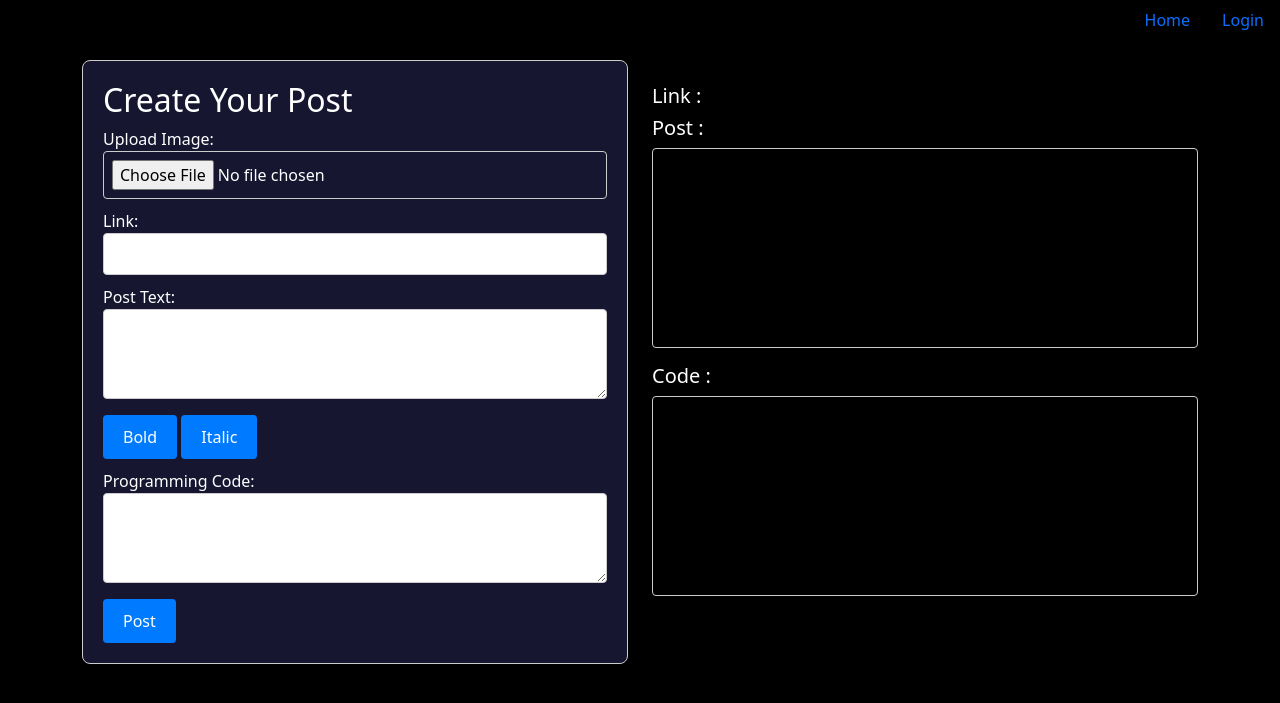
Repository: jaseem1999/sdCommunity
Page: http://localhost/sdCommunity/UserPost.jsp
The author's editor kept a copy of each file at every save. The page is drawn from the files as they stood at one save, then again after the next save.
The browser window is 1280 px wide. The pictures show the whole page.
The page is served by Tomcat 9. Other server files are loaded and not shown.

Above is the page before, as saved 2023-09-29 15:27:44.

### sdCommunity/src/main/webapp/UserPost.jsp
<%@ page language="java" contentType="text/html; charset=ISO-8859-1"
    pageEncoding="ISO-8859-1"%>
<%

Integer id =(Integer)session.getAttribute("uid");
String fname=(String)session.getAttribute("fname");
String lname=(String)session.getAttribute("lname");
String email=(String)session.getAttribute("email");
Integer num=(Integer)session.getAttribute("num");
String company = (String) session.getAttribute("company");
String github = (String) session.getAttribute("github");
String linkedin = (String) session.getAttribute("linkedin");
String website = (String) session.getAttribute("website");
String nation = (String) session.getAttribute("nation");
String gender = (String) session.getAttribute("gender");
String about = (String) session.getAttribute("about");
String college = (String) session.getAttribute("college");
String position = (String) session.getAttribute("position");

%>

<!DOCTYPE html>
<html lang="en">
<head>
<meta charset="UTF-8">
<link href="https://cdn.jsdelivr.net/npm/bootstrap@5.2.3/dist/css/bootstrap.min.css" rel="stylesheet" integrity="sha384-rbsA2VBKQhggwzxH7pPCaAqO46MgnOM80zW1RWuH61DGLwZJEdK2Kadq2F9CUG65" crossorigin="anonymous">
<script src="https://cdn.jsdelivr.net/npm/bootstrap@5.2.3/dist/js/bootstrap.bundle.min.js" integrity="sha384-kenU1KFdBIe4zVF0s0G1M5b4hcpxyD9F7jL+jjXkk+Q2h455rYXK/7HAuoJl+0I4" crossorigin="anonymous"></script>
<title>Post</title>
<style>

    .post-form {
        max-width: 600px;
        margin: auto;
        padding: 20px;
        background-color: #5f5fd13b;
        border: 1px solid #ccc;
        border-radius: 8px;
        box-shadow: 0 2px 4px rgba(0,0,0,0.1);
    }
    input, textarea, select {
        width: 100%;
        padding: 8px;
        margin-bottom: 10px;
        border: 1px solid #ccc;
        border-radius: 4px;
        box-sizing: border-box;
    }
    button {
        padding: 10px 20px;
        background-color: #007bff;
        color: #fff;
        border: none;
        border-radius: 4px;
        cursor: pointer;
    }
    button:hover {
        background-color: #0056b3;
    }
    .format-options {
        margin-bottom: 10px;
    }
    .post-display {
        margin-top: 20px;
        border: 1px solid #ccc;
        padding: 10px;
        background-color: #fff;
        border-radius: 8px;
    }
    .profileImg{
		height: auto;
		border: 1 solid white;
	}
	#center{
		text-align: center;
	}
	#showCode, #showText, #showCode {
			height: 200px;
		    background-color: black;
		    border: 1px solid #ccc;
		    border-radius: 4px;
		    padding: 10px;
		    font-family: 'Courier New', monospace;
	}
</style>
</head>
<body style="background-color: black; color: white;">
<div class="modal fade" id="exampleModal" tabindex="-1" aria-labelledby="exampleModalLabel" aria-hidden="true">
		  <div class="modal-dialog" style="color: black;">
		    <div class="modal-content">
		      <div class="modal-header">
		        <h1 class="modal-title fs-5" id="exampleModalLabel">Modal title</h1>
		        <button type="button" class="btn-close" data-bs-dismiss="modal" aria-label="Close"></button>
		      </div>
		      <form action="settingsAccess" method="post">
		      <div class="modal-body">
		        <div class="mb-3">
    				<label for="exampleInputPassword1" class="form-label">Password</label>
    				<input type="password" class="form-control" id="exampleInputPassword1" name="exampleInputPassword1">
  				</div>
		      </div>
		      <div class="modal-footer">
		        <button type="button" class="btn btn-secondary" data-bs-dismiss="modal">Close</button>
		         <input type="submit" class="btn btn-primary" value="OK">
		      </div>
		      </form>
		    </div>
		  </div>
		</div>

	<ul class="nav justify-content-end ">
		<li class="nav-item">
		    	<a class='nav-link' href='UserHome.jsp'>Home</a>
		  </li>
		  <li class="nav-item">
		    <%
		  	if (email != null){
		  		out.print("<a class='nav-link' href=''>Post</a>");
		  	}else{
		  		out.print("");
		  	}
		  %>
		  </li>
		  <li class="nav-item">
		    <%
		  	if (email != null){
		  		out.print("<a class='nav-link' href=''>Followers</a>");
		  	}else{
		  		out.print("");
		  	}
		  %>
		  </li>
		  <li class="nav-item">
		    <%
		  	if (email != null){
		  		out.print("<a class='nav-link' href=''>Chat</a>");
		  	}else{
		  		out.print("");
		  	}
		  %>
		  </li>

		  <li class="nav-item">
		   <%
		  	if (email != null){
		  		out.print("<a class='nav-link' data-bs-toggle='modal' data-bs-target='#exampleModal'>Settings</a>");
		  	}else{
		  		out.print("");
		  	}
		  %>
		  </li>
		  <li class="nav-item">
		  <%
		  	if (email != null){
		  		if (company != null){
		  			out.print("<a class='nav-link' href='viewProfile.jsp'>Profile</a>");
		  		}
		  		else{
		  			out.print("<a class='nav-link' href='profile.jsp'>Profile</a>");
		  		}

		  	}else{
		  		out.print("<a class='nav-link' href='Login.jsp'>Login</a>");
		  	}
		  %>
		  </li>

		  <li class="nav-item">
		    <%
		  	if (email != null){
		  		out.print("<a class='nav-link' href='logout.jsp'>Logout</a>");
		  	}else{
		  		out.print("");
		  	}
		  %>
		  </li>
		  <li class="nav-item">
		  <%
		  	if (email != null){
		  		if (company != null){
		  			out.print("<a class='nav-link' href='viewProfile.jsp'><img alt='' src='image?id="+id+"' style=' width: 35px; border-radius: 50%; height: 35px;border: 1px solid white;'/></a>");
		  		}
		  		else{
		  			out.print("<a class='nav-link' href='viewProfile.jsp'><img alt='' src='./homecss/img/User-Profile.png'style=' width: 35px; border-radius: 50%; height: 35px;border: 1px solid white;'/></a>");
		  		}
		  	}else{
		  		out.print("");
		  	}
		  %>
		  </li>
	</ul>
	<div class="container-xl" style="color: white; margin-top: 20px;">
	<div class="row">

	<div class="col">
    <div class="post-form">
        <h2>Create Your Post</h2>
        <form>
            <label for="image">Upload Image:</label>
            <input type="file" id="image" name="image" accept="image/*" onchange="displayImage()"><br>

            <label for="link">Link:</label>
            <input type="url" id="link" name="link" oninput="updateLink()"><br>

            <label for="text">Post Text:</label>
            <textarea id="text" name="text" rows="3" oninput="updateText()"></textarea><br>

            <div class="format-options">
                <button type="button" onclick="makeBold()">Bold</button>
                <button type="button" onclick="makeItalic()">Italic</button>
            </div>

            <label for="code">Programming Code:</label>
            <textarea id="code" name="code" rows="3	" oninput="updateCode()"></textarea><br>

            <button type="submit">Post</button>
        </form>
    </div>
    </div>
	    <div class="col">
			<div id="center">
			 <img class="profileImg" alt="" src="" id="updatedImg" style="width: 90%;"/><br>
		    </div>
		    <h5>Link :</h5>
		    <a href="" id="showLink"></a>
		    <h5>Post :</h5>
		    <p id="showText"></p>
		    <h5>Code :</h5>
		    <pre id="showCode"></pre>
    	</div>
    </div>
    </div>


    <script>
        function makeBold() {
            var textarea = document.getElementById('text');
            var selectedText = textarea.value.substring(textarea.selectionStart, textarea.selectionEnd);
            var beforeText = textarea.value.substring(0, textarea.selectionStart);
            var afterText = textarea.value.substring(textarea.selectionEnd);
            textarea.value = beforeText + '<b>' + selectedText + '</b>' + afterText;
        }

        function makeItalic() {
            var textarea = document.getElementById('text');
            var selectedText = textarea.value.substring(textarea.selectionStart, textarea.selectionEnd);
            var beforeText = textarea.value.substring(0, textarea.selectionStart);
            var afterText = textarea.value.substring(textarea.selectionEnd);
            textarea.value = beforeText + '<i>' + selectedText + '</i>' + afterText;
        }
        var image = document.getElementById('image').value;
        var link = document.getElementById('link').value;
        var text = document.getElementById('text').value;
        var code = document.getElementById('code').value;
        var codeLength = code.length;
        console.log("The length of the code is:", codeLength);

        function displayImage() {
        	var input = document.getElementById('image');
        	var img = document.getElementById('updatedImg');

        	var file = input.files[0];
        	var reader = new FileReader();

        	if (!file) {
        	img.src = "./css/img/User-profile.png"; // Set default image source
        	return;
        	}

        	if (file.size > 85 * 1024) { // Check if image size is greater than 200KB
        	document.getElementById("imgError").innerHTML = "Please update image size lesthan 85kb";
        	input.value = ""; // Clear the input field
        	img.src = "./css/img/User-profile.png"; // Set default image source
        	return;
        	}

        	reader.onload = function(e) {
        	img.src = e.target.result;
        	}

        	reader.readAsDataURL(file);
        }
        function updateCode() {
            var inputCode = document.getElementById('code').value;
            var showCode = document.getElementById('showCode');
            showCode.textContent = inputCode;
        }
        function updateLink() {
            var inputLink = document.getElementById('link').value;
            var showLink = document.getElementById('showLink');
            showLink.href = inputLink;
            showLink.textContent = inputLink;
        }

        function updateText() {
            var inputText = document.getElementById('text').value;
            var showText = document.getElementById('showText');
            showText.textContent = inputText;
        }



     </script>
</body>
</html>

After the next save:
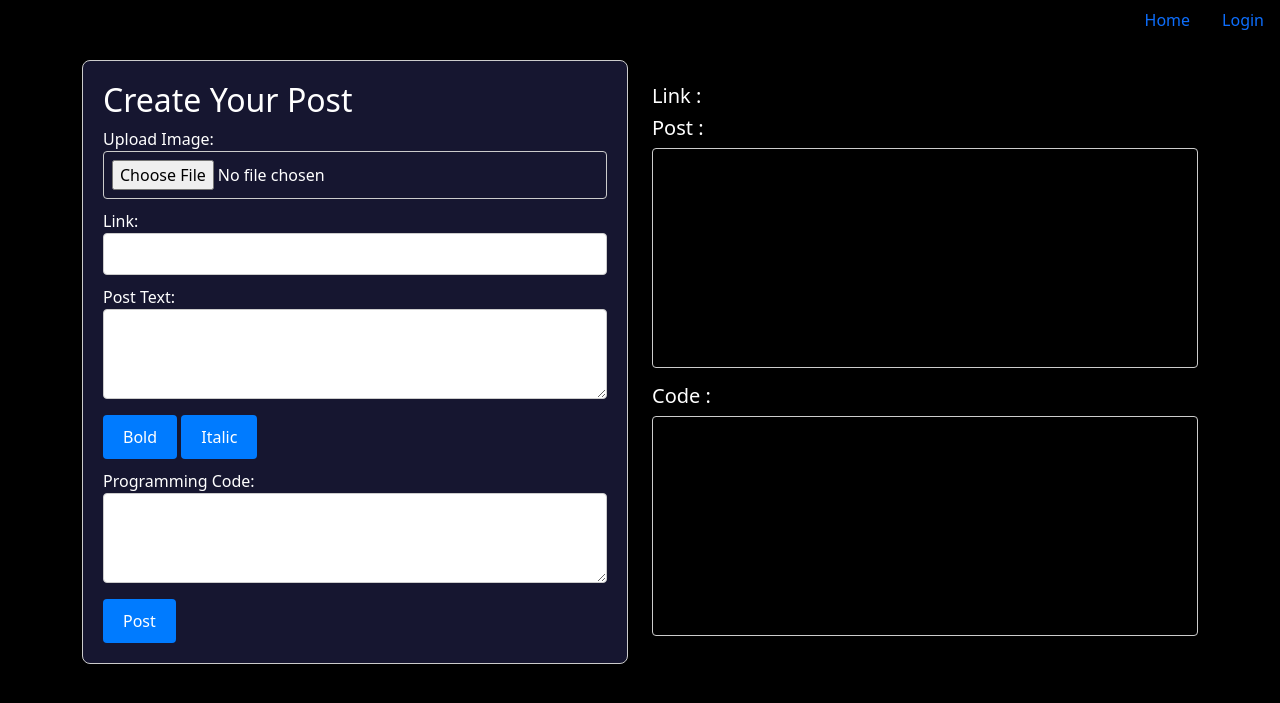
Saved 8 s later.
--- a/sdCommunity/src/main/webapp/UserPost.jsp
+++ b/sdCommunity/src/main/webapp/UserPost.jsp
@@ -74,7 +74,7 @@ String position = (String) session.getAttribute("position");
 		text-align: center;
 	}
 	#showCode, #showText, #showCode {
-			height: 200px;
+			height: 220px;
 		    background-color: black;
 		    border: 1px solid #ccc;
 		    border-radius: 4px;
